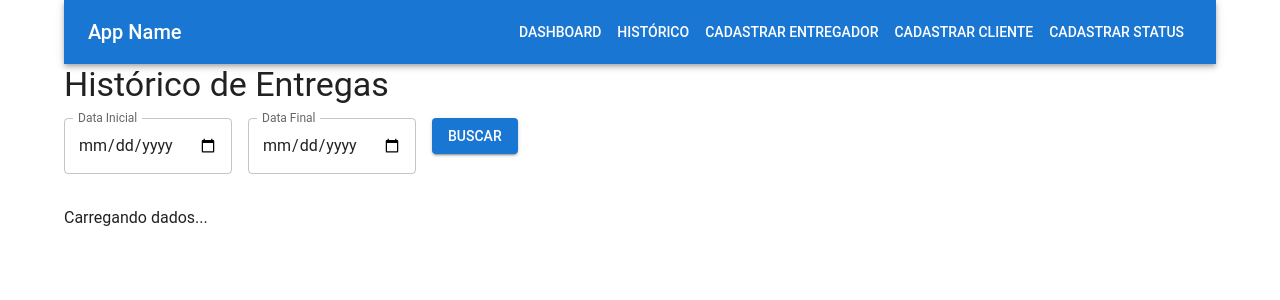
Repository: feliperanon/mobilegestao
Page: /history (app in frontend/)
The author's editor kept a copy of each file at every save. The page is drawn from the files as they stood at one save, then again after the next save.
The browser window is 1280 px wide. The pictures show the whole page.
The page's requests for data from a server got no answer. The project was rebuilt for these pictures with package versions that can differ from the ones it lists, and the page was loaded fresh each time. No one was signed in, and anything a server would have sent is missing. Also part of the build but not shown: frontend/webpack.config.js, frontend/src/pages/Home.js, frontend/src/pages/Analysis.js, frontend/src/components/Dashboard.js, frontend/src/components/Login.js, frontend/src/components/Register.js, frontend/src/components/AddEntregador.js, frontend/src/components/AddCliente.js and 1 more.

Above is the page before, as saved 2024-07-14 21:07:48.

### frontend/public/index.html
<!-- frontend/public/index.html -->

<!DOCTYPE html>
<html lang="en">
<head>
    <meta charset="UTF-8">
    <meta name="viewport" content="width=device-width, initial-scale=1.0">
    <title>Mobile Gestão</title>
</head>
<body>
    <div id="root"></div>
</body>
</html>

### frontend/src/index.js
// frontend/src/index.js

import React from 'react';
import ReactDOM from 'react-dom';
import { BrowserRouter as Router, Route, Switch } from 'react-router-dom';
import { ThemeProvider, createTheme } from '@mui/material/styles';
import CssBaseline from '@mui/material/CssBaseline';
import Home from './pages/Home';
import History from './pages/History';
import Analysis from './pages/Analysis';
import Dashboard from './components/Dashboard';
import Login from './components/Login';
import Register from './components/Register';
import AddEntregador from './components/AddEntregador';
import AddCliente from './components/AddCliente';
import AddStatus from './components/AddStatus';

const theme = createTheme({
  palette: {
    primary: {
      main: '#1976d2',
    },
    secondary: {
      main: '#dc004e',
    },
  },
  typography: {
    fontFamily: 'Roboto, Arial, sans-serif',
  },
});

ReactDOM.render(
  <ThemeProvider theme={theme}>
    <CssBaseline />
    <Router>
      <Switch>
        <Route path="/" exact component={Home} />
        <Route path="/login" component={Login} />
        <Route path="/register" component={Register} />
        <Route path="/dashboard" component={Dashboard} />
        <Route path="/history" component={History} />
        <Route path="/analysis" component={Analysis} />
        <Route path="/add-entregador" component={AddEntregador} />
        <Route path="/add-cliente" component={AddCliente} />
        <Route path="/add-status" component={AddStatus} />
      </Switch>
    </Router>
  </ThemeProvider>,
  document.getElementById('root')
);

### frontend/src/pages/History.js
// frontend/src/pages/History.js

import React, { useState, useEffect } from 'react';
import axios from 'axios';
import Navigation from '../components/Navigation';
import { Container, Typography, Box, Table, TableBody, TableCell, TableContainer, TableHead, TableRow, Paper, TextField, Button } from '@mui/material';

const History = () => {
  const [history, setHistory] = useState([]);
  const [startDate, setStartDate] = useState('');
  const [endDate, setEndDate] = useState('');

  useEffect(() => {
    const fetchHistory = async () => {
      try {
        const result = await axios.get('http://localhost:5008/api/deliveries/history');
        setHistory(result.data);
      } catch (err) {
        console.error('Erro ao buscar histórico', err);
      }
    };
    fetchHistory();
  }, []);

  const handleSearch = async () => {
    try {
      const result = await axios.get('http://localhost:5008/api/deliveries/history', {
        params: { startDate, endDate }
      });
      setHistory(result.data);
    } catch (err) {
      console.error('Erro ao buscar histórico', err);
    }
  };

  return (
    <Container>
      <Navigation />
      <Typography variant="h4" component="h1" gutterBottom>
        Histórico de Entregas
      </Typography>
      <Box sx={{ mb: 4 }}>
        <TextField
          label="Data Inicial"
          type="date"
          value={startDate}
          onChange={(e) => setStartDate(e.target.value)}
          InputLabelProps={{ shrink: true }}
          sx={{ mr: 2 }}
        />
        <TextField
          label="Data Final"
          type="date"
          value={endDate}
          onChange={(e) => setEndDate(e.target.value)}
          InputLabelProps={{ shrink: true }}
          sx={{ mr: 2 }}
        />
        <Button variant="contained" color="primary" onClick={handleSearch}>
          Buscar
        </Button>
      </Box>
      {history.length > 0 ? (
        <TableContainer component={Paper}>
          <Table>
            <TableHead>
              <TableRow>
                <TableCell>Entregador</TableCell>
                <TableCell>Cliente</TableCell>
                <TableCell>Status</TableCell>
                <TableCell>Volume</TableCell>
                <TableCell>Tempo Decorrido</TableCell>
                <TableCell>Iniciado</TableCell>
                <TableCell>Finalizado</TableCell>
              </TableRow>
            </TableHead>
            <TableBody>
              {history.map((item) => (
                <TableRow key={item._id}>
                  <TableCell>{item.entregador}</TableCell>
                  <TableCell>{item.cliente.join(', ')}</TableCell>
                  <TableCell>{item.status}</TableCell>
                  <TableCell>{item.volume}</TableCell>
                  <TableCell>{item.tempoDecorrido}</TableCell>
                  <TableCell>{new Date(item.iniciado).toLocaleString()}</TableCell>
                  <TableCell>{new Date(item.finalizado).toLocaleString()}</TableCell>
                </TableRow>
              ))}
            </TableBody>
          </Table>
        </TableContainer>
      ) : (
        <p>Carregando dados...</p>
      )}
    </Container>
  );
};

export default History;

### frontend/src/components/Navigation.js
// frontend/src/components/Navigation.js

import React from 'react';
import { Link } from 'react-router-dom';
import { AppBar, Toolbar, Typography, Button } from '@mui/material';

const Navigation = () => {
  return (
    <AppBar position="static">
      <Toolbar>
        <Typography variant="h6" sx={{ flexGrow: 1 }}>
          App Name
        </Typography>
        <Button color="inherit" component={Link} to="/dashboard">Dashboard</Button>
        <Button color="inherit" component={Link} to="/history">Histórico</Button>
        <Button color="inherit" component={Link} to="/add-entregador">Cadastrar Entregador</Button>
        <Button color="inherit" component={Link} to="/add-cliente">Cadastrar Cliente</Button>
        <Button color="inherit" component={Link} to="/add-status">Cadastrar Status</Button>
      </Toolbar>
    </AppBar>
  );
};

export default Navigation;

After the next save:
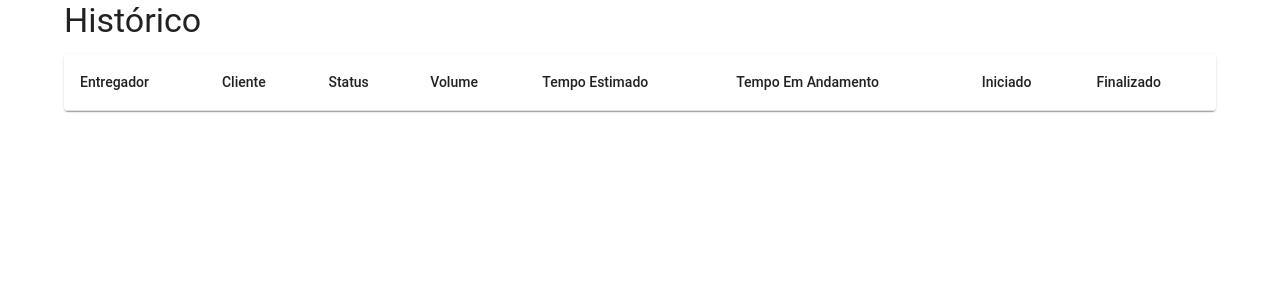
Saved 91 s later.
--- a/frontend/src/pages/History.js
+++ b/frontend/src/pages/History.js
@@ -1,97 +1,58 @@
-// frontend/src/pages/History.js
-
-import React, { useState, useEffect } from 'react';
+import React, { useEffect, useState } from 'react';
 import axios from 'axios';
-import Navigation from '../components/Navigation';
-import { Container, Typography, Box, Table, TableBody, TableCell, TableContainer, TableHead, TableRow, Paper, TextField, Button } from '@mui/material';
+import { Container, Typography, Table, TableBody, TableCell, TableContainer, TableHead, TableRow, Paper } from '@mui/material';
 
 const History = () => {
   const [history, setHistory] = useState([]);
-  const [startDate, setStartDate] = useState('');
-  const [endDate, setEndDate] = useState('');
 
   useEffect(() => {
     const fetchHistory = async () => {
       try {
-        const result = await axios.get('http://localhost:5008/api/deliveries/history');
-        setHistory(result.data);
+        const res = await axios.get('http://localhost:5008/api/history');
+        setHistory(res.data);
       } catch (err) {
         console.error('Erro ao buscar histórico', err);
       }
     };
+
     fetchHistory();
   }, []);
 
-  const handleSearch = async () => {
-    try {
-      const result = await axios.get('http://localhost:5008/api/deliveries/history', {
-        params: { startDate, endDate }
-      });
-      setHistory(result.data);
-    } catch (err) {
-      console.error('Erro ao buscar histórico', err);
-    }
-  };
-
   return (
     <Container>
-      <Navigation />
       <Typography variant="h4" component="h1" gutterBottom>
-        Histórico de Entregas
+        Histórico
       </Typography>
-      <Box sx={{ mb: 4 }}>
-        <TextField
-          label="Data Inicial"
-          type="date"
-          value={startDate}
-          onChange={(e) => setStartDate(e.target.value)}
-          InputLabelProps={{ shrink: true }}
-          sx={{ mr: 2 }}
-        />
-        <TextField
-          label="Data Final"
-          type="date"
-          value={endDate}
-          onChange={(e) => setEndDate(e.target.value)}
-          InputLabelProps={{ shrink: true }}
-          sx={{ mr: 2 }}
-        />
-        <Button variant="contained" color="primary" onClick={handleSearch}>
-          Buscar
-        </Button>
-      </Box>
-      {history.length > 0 ? (
-        <TableContainer component={Paper}>
-          <Table>
-            <TableHead>
-              <TableRow>
-                <TableCell>Entregador</TableCell>
-                <TableCell>Cliente</TableCell>
-                <TableCell>Status</TableCell>
-                <TableCell>Volume</TableCell>
-                <TableCell>Tempo Decorrido</TableCell>
-                <TableCell>Iniciado</TableCell>
-                <TableCell>Finalizado</TableCell>
+      <TableContainer component={Paper}>
+        <Table>
+          <TableHead>
+            <TableRow>
+              <TableCell>Entregador</TableCell>
+              <TableCell>Cliente</TableCell>
+              <TableCell>Status</TableCell>
+              <TableCell>Volume</TableCell>
+              <TableCell>Tempo Estimado</TableCell>
+              <TableCell>Tempo Em Andamento</TableCell>
+              <TableCell>Iniciado</TableCell>
+              <TableCell>Finalizado</TableCell>
+            </TableRow>
+          </TableHead>
+          <TableBody>
+            {history.map((item) => (
+              <TableRow key={item._id}>
+                <TableCell>{item.entregador}</TableCell>
+                <TableCell>{item.cliente ? item.cliente.join(', ') : 'N/A'}</TableCell>
+                <TableCell>{item.status}</TableCell>
+                <TableCell>{item.volume}</TableCell>
+                <TableCell>{item.tempoEstimado}</TableCell>
+                <TableCell>{item.tempoEmAndamento}</TableCell>
+                <TableCell>{new Date(item.iniciado).toLocaleString()}</TableCell>
+                <TableCell>{new Date(item.finalizado).toLocaleString()}</TableCell>
               </TableRow>
-            </TableHead>
-            <TableBody>
-              {history.map((item) => (
-                <TableRow key={item._id}>
-                  <TableCell>{item.entregador}</TableCell>
-                  <TableCell>{item.cliente.join(', ')}</TableCell>
-                  <TableCell>{item.status}</TableCell>
-                  <TableCell>{item.volume}</TableCell>
-                  <TableCell>{item.tempoDecorrido}</TableCell>
-                  <TableCell>{new Date(item.iniciado).toLocaleString()}</TableCell>
-                  <TableCell>{new Date(item.finalizado).toLocaleString()}</TableCell>
-                </TableRow>
-              ))}
-            </TableBody>
-          </Table>
-        </TableContainer>
-      ) : (
-        <p>Carregando dados...</p>
-      )}
+            ))}
+          </TableBody>
+        </Table>
+      </TableContainer>
     </Container>
   );
 };

After the save that followed:
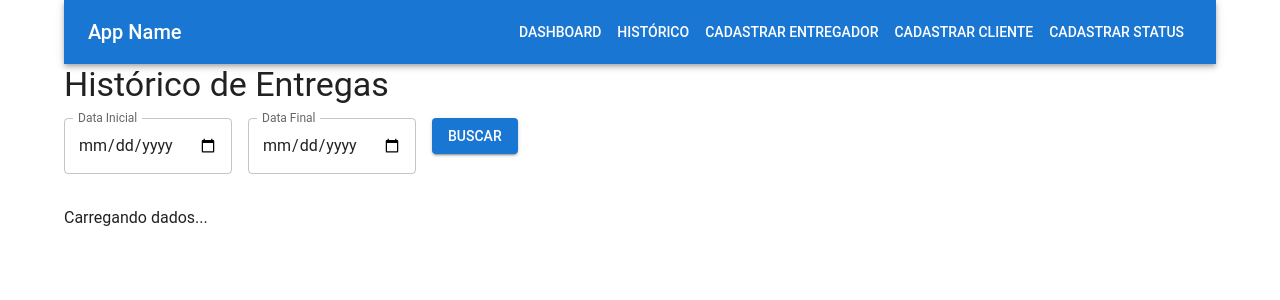
Saved 8 s later.
--- a/frontend/src/pages/History.js
+++ b/frontend/src/pages/History.js
@@ -1,58 +1,97 @@
-import React, { useEffect, useState } from 'react';
+// frontend/src/pages/History.js
+
+import React, { useState, useEffect } from 'react';
 import axios from 'axios';
-import { Container, Typography, Table, TableBody, TableCell, TableContainer, TableHead, TableRow, Paper } from '@mui/material';
+import Navigation from '../components/Navigation';
+import { Container, Typography, Box, Table, TableBody, TableCell, TableContainer, TableHead, TableRow, Paper, TextField, Button } from '@mui/material';
 
 const History = () => {
   const [history, setHistory] = useState([]);
+  const [startDate, setStartDate] = useState('');
+  const [endDate, setEndDate] = useState('');
 
   useEffect(() => {
     const fetchHistory = async () => {
       try {
-        const res = await axios.get('http://localhost:5008/api/history');
-        setHistory(res.data);
+        const result = await axios.get('http://localhost:5008/api/deliveries/history');
+        setHistory(result.data);
       } catch (err) {
         console.error('Erro ao buscar histórico', err);
       }
     };
-
     fetchHistory();
   }, []);
 
+  const handleSearch = async () => {
+    try {
+      const result = await axios.get('http://localhost:5008/api/deliveries/history', {
+        params: { startDate, endDate }
+      });
+      setHistory(result.data);
+    } catch (err) {
+      console.error('Erro ao buscar histórico', err);
+    }
+  };
+
   return (
     <Container>
+      <Navigation />
       <Typography variant="h4" component="h1" gutterBottom>
-        Histórico
+        Histórico de Entregas
       </Typography>
-      <TableContainer component={Paper}>
-        <Table>
-          <TableHead>
-            <TableRow>
-              <TableCell>Entregador</TableCell>
-              <TableCell>Cliente</TableCell>
-              <TableCell>Status</TableCell>
-              <TableCell>Volume</TableCell>
-              <TableCell>Tempo Estimado</TableCell>
-              <TableCell>Tempo Em Andamento</TableCell>
-              <TableCell>Iniciado</TableCell>
-              <TableCell>Finalizado</TableCell>
-            </TableRow>
-          </TableHead>
-          <TableBody>
-            {history.map((item) => (
-              <TableRow key={item._id}>
-                <TableCell>{item.entregador}</TableCell>
-                <TableCell>{item.cliente ? item.cliente.join(', ') : 'N/A'}</TableCell>
-                <TableCell>{item.status}</TableCell>
-                <TableCell>{item.volume}</TableCell>
-                <TableCell>{item.tempoEstimado}</TableCell>
-                <TableCell>{item.tempoEmAndamento}</TableCell>
-                <TableCell>{new Date(item.iniciado).toLocaleString()}</TableCell>
-                <TableCell>{new Date(item.finalizado).toLocaleString()}</TableCell>
+      <Box sx={{ mb: 4 }}>
+        <TextField
+          label="Data Inicial"
+          type="date"
+          value={startDate}
+          onChange={(e) => setStartDate(e.target.value)}
+          InputLabelProps={{ shrink: true }}
+          sx={{ mr: 2 }}
+        />
+        <TextField
+          label="Data Final"
+          type="date"
+          value={endDate}
+          onChange={(e) => setEndDate(e.target.value)}
+          InputLabelProps={{ shrink: true }}
+          sx={{ mr: 2 }}
+        />
+        <Button variant="contained" color="primary" onClick={handleSearch}>
+          Buscar
+        </Button>
+      </Box>
+      {history.length > 0 ? (
+        <TableContainer component={Paper}>
+          <Table>
+            <TableHead>
+              <TableRow>
+                <TableCell>Entregador</TableCell>
+                <TableCell>Cliente</TableCell>
+                <TableCell>Status</TableCell>
+                <TableCell>Volume</TableCell>
+                <TableCell>Tempo Decorrido</TableCell>
+                <TableCell>Iniciado</TableCell>
+                <TableCell>Finalizado</TableCell>
               </TableRow>
-            ))}
-          </TableBody>
-        </Table>
-      </TableContainer>
+            </TableHead>
+            <TableBody>
+              {history.map((item) => (
+                <TableRow key={item._id}>
+                  <TableCell>{item.entregador}</TableCell>
+                  <TableCell>{item.cliente.join(', ')}</TableCell>
+                  <TableCell>{item.status}</TableCell>
+                  <TableCell>{item.volume}</TableCell>
+                  <TableCell>{item.tempoDecorrido}</TableCell>
+                  <TableCell>{new Date(item.iniciado).toLocaleString()}</TableCell>
+                  <TableCell>{new Date(item.finalizado).toLocaleString()}</TableCell>
+                </TableRow>
+              ))}
+            </TableBody>
+          </Table>
+        </TableContainer>
+      ) : (
+        <p>Carregando dados...</p>
+      )}
     </Container>
   );
 };
